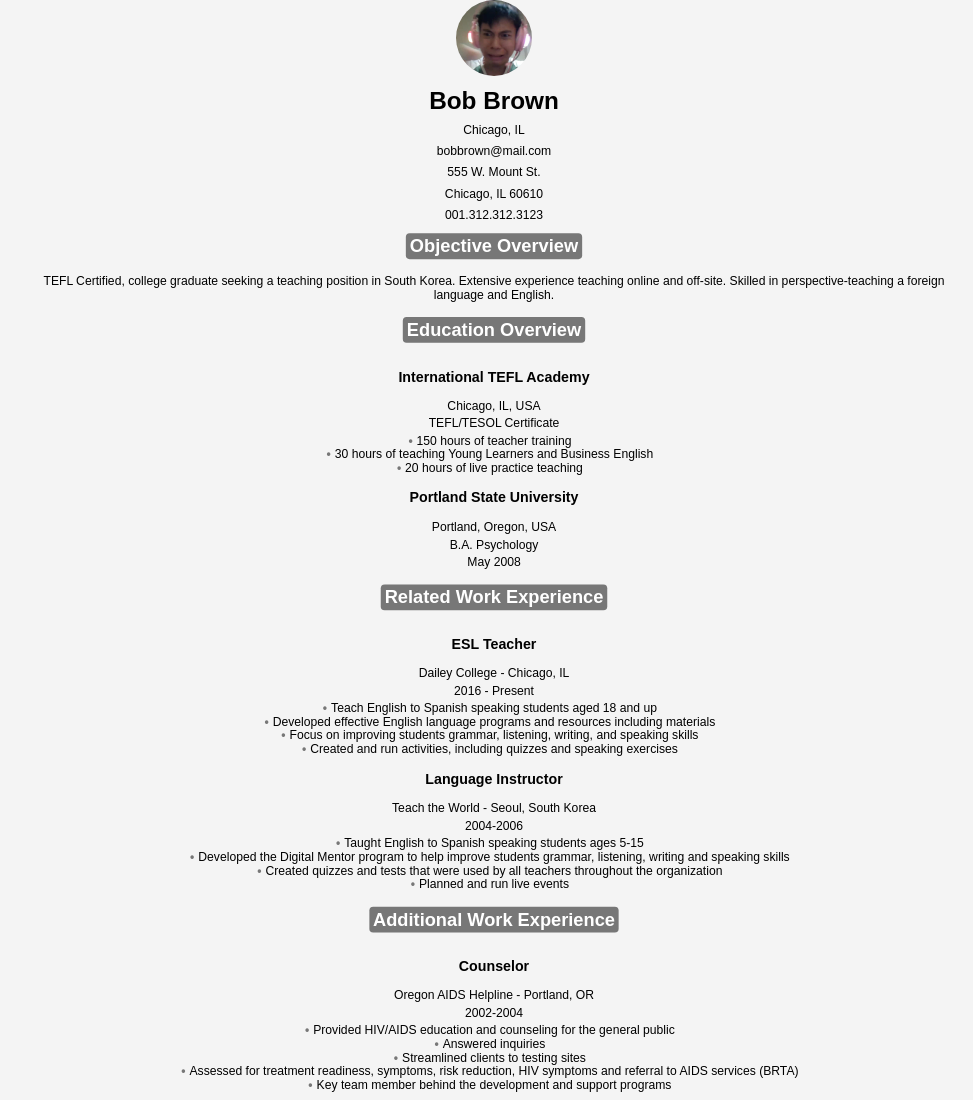
Repository: Gibekkk/WebPro
Page: Tugas Lab 1 (2)/index.html
An editor plug-in stored every save of this project. The page is shown before and after the next save, followed by the edit.
The browser window is 1280 px wide. The pictures show the whole page, at 76% of full size.

Above is the page before, as saved 2024-03-25 13:21:52.

After the next save:
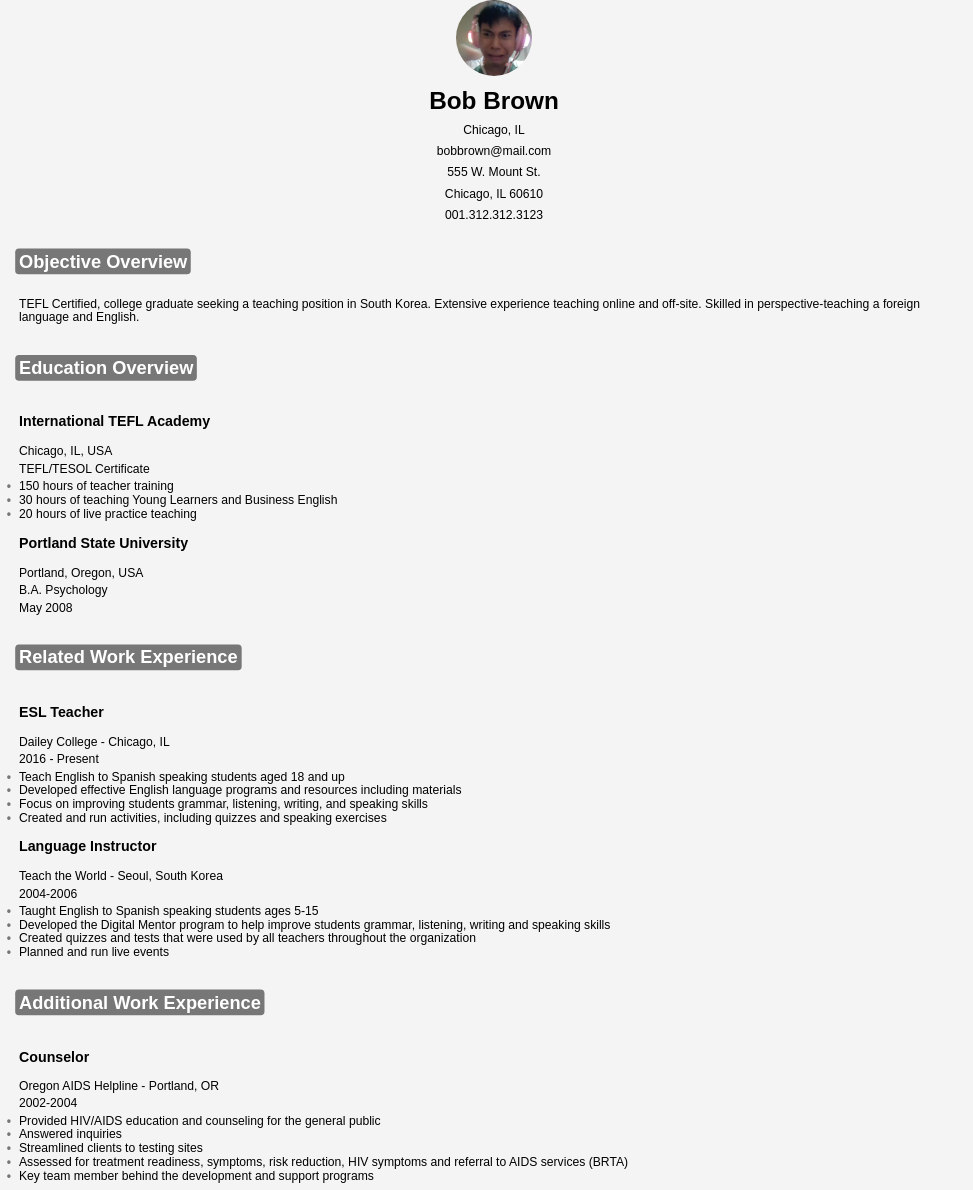
Saved 3 s later.
--- a/Tugas Lab 1 (2)/index.html
+++ b/Tugas Lab 1 (2)/index.html
@@ -31,14 +31,13 @@
   .section {
     margin-top: 10px;
     padding-left: 20px;
-    text-align: center;
+    text-align: left;
   }
   .section-title {
     background-color: #777;
     color: white;
     padding: 3px 5px;
-    margin: 10px auto;
-    width: fit-content;
+    display: inline-block;
     border-radius: 5px;
   }
   .section-content {
